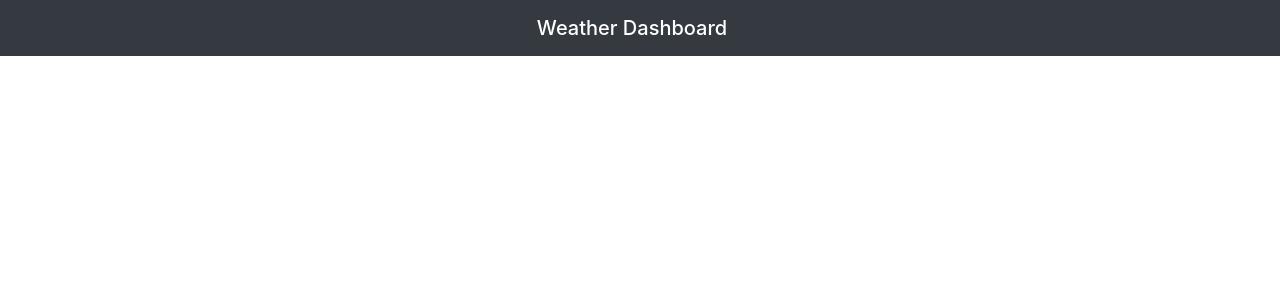
Repository: himaja830/Weather-Dashboard
Page: index.html
The author's editor kept a copy of each file at every save. The page is drawn from the files as they stood at one save, then again after the next save.
The browser window is 1280 px wide. The pictures show the whole page.

Above is the page before, as saved 2020-06-27 11:48:25.

### index.html
<!DOCTYPE html>
<html lang="en">
<head>
    <meta charset="UTF-8">
    <meta name="viewport" content="width=device-width, initial-scale=1.0">
    <title>Weather Dashboard</title>
    <link rel="stylesheet" href="https://stackpath.bootstrapcdn.com/bootstrap/4.5.0/css/bootstrap.min.css" integrity="sha384-9aIt2nRpC12Uk9gS9baDl411NQApFmC26EwAOH8WgZl5MYYxFfc+NcPb1dKGj7Sk" crossorigin="anonymous">
    <link rel="stylesheet" href="assets/style.css">
</head>
<body>
    <nav class="navbar navbar-dark bg-dark">
        <span class="navbar-brand mb-0 h1 w-100 text-center">Weather Dashboard</span>
    </nav>
</body>
</html>

### assets/style.css
.jumbotron{
    text-align: center;
    background-color: slategrey;
    color: snow;
}
button,input{
    overflow: hidden;
}

After the next save:
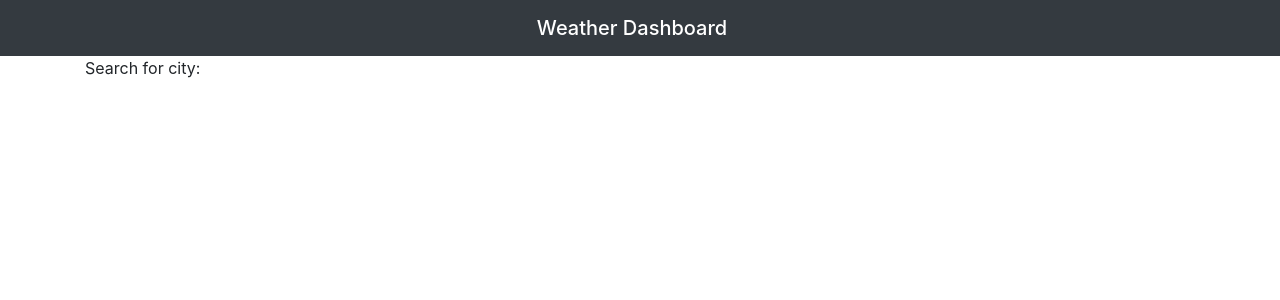
Saved 29 min 3 s later.
--- a/index.html
+++ b/index.html
@@ -11,5 +11,14 @@
     <nav class="navbar navbar-dark bg-dark">
         <span class="navbar-brand mb-0 h1 w-100 text-center">Weather Dashboard</span>
     </nav>
+    <div class="container">
+        <div class="row">
+            <div class="col-4">
+                <p class="Search header">Search for city:</p>
+            </div>
+            <div class="col-8"></div>
+        </div>
+
+    </div>
 </body>
 </html>
